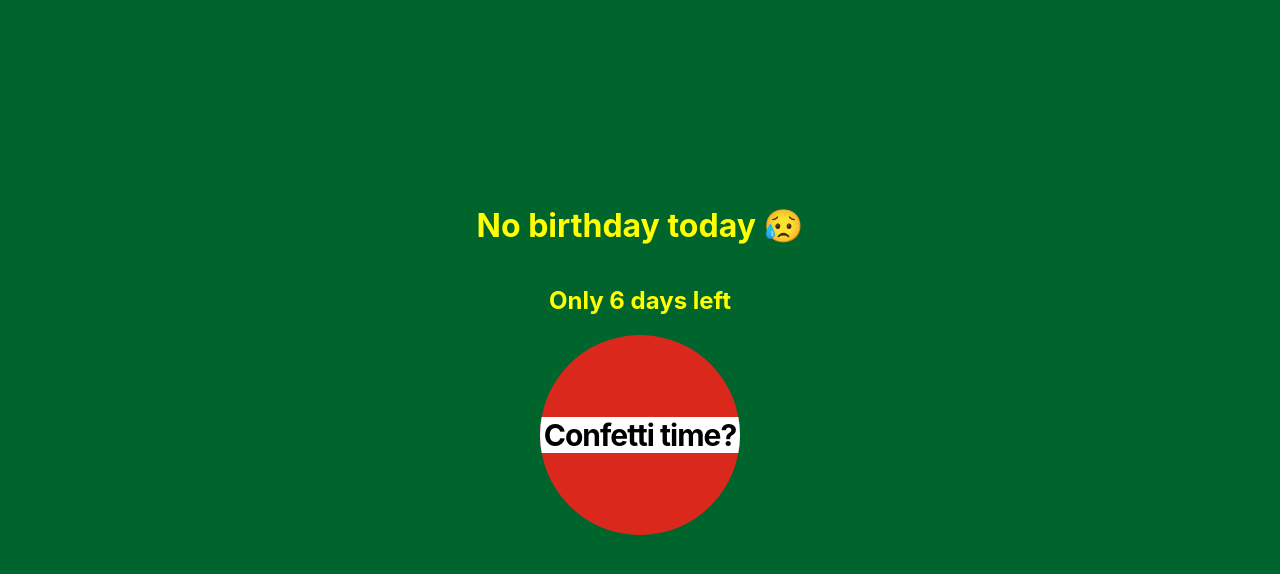
Repository: David-Waite/HannahsBirthdayWebsite
Page: /
An editor plug-in stored every save of this project. The page is shown before and after the next save, followed by the edit.
The browser window is 1280 px wide. The pictures show the whole page.
The project was rebuilt for these pictures with package versions that can differ from the ones it lists, and the page was loaded fresh each time.

Above is the page before, as saved 2023-03-30 18:28:41.

### src/index.css
body {
  margin: 0;
  font-family: -apple-system, BlinkMacSystemFont, "Segoe UI", "Roboto", "Oxygen",
    "Ubuntu", "Cantarell", "Fira Sans", "Droid Sans", "Helvetica Neue",
    sans-serif;
  -webkit-font-smoothing: antialiased;
  -moz-osx-font-smoothing: grayscale;
}

.App {
  width: 100vw;
  height: 100vh;
  display: flex;
  flex-direction: column;
  align-items: center;
  justify-content: center;
  background-color: #00642d;
  color: rgb(255, 255, 0);
}

.buttonCon {
  display: flex;
  align-items: center;
  justify-content: center;
  height: 200px;
  width: 200px;
  overflow: hidden;
  background-color: #da291c;
  border-radius: 50%;
}
.buttonCon p {
  border: none;
  width: 100%;
  background-color: white;
  color: black;
  font-weight: bold;
  font-size: 30px;
  padding: 0;
  letter-spacing: -1px;
}

### src/App.js
import "./App.css";

import Confetti from "react-confetti";

import { useState } from "react";

function App() {
  const [confetti, setConfetti] = useState(null);
  const [buttonText, setButtonText] = useState("Confetti time?");
  function isBirthdayToday() {
    const date = new Date();
    if (date.getMonth() === 3 && date.getDate() === 5) {
      return true;
    }
    return false;
  }

  function rainConfetti() {
    if (isBirthdayToday()) {
      setConfetti(true);
      setButtonText("Confetti time!");
    } else {
      setButtonText("no");
    }
  }

  function getDaysUntilBirthday() {
    const date = new Date();
    const hannahBday = new Date(date.getFullYear(), 3, 5);
    const hannahBdayNextYear = new Date(date.getFullYear() + 1, 3, 5);
    const oneDay = 1000 * 60 * 60 * 24;

    let daysUntilBirthday;
    if (hannahBday < date) {
      daysUntilBirthday =
        Math.ceil(hannahBdayNextYear.getTime() - date.getTime()) / oneDay;
    } else {
      daysUntilBirthday =
        Math.ceil(hannahBday.getTime() - date.getTime()) / oneDay;
    }

    return daysUntilBirthday;
  }

  // 5th april
  let birthdayText;
  if (isBirthdayToday()) {
    birthdayText = <h1>Happy birthday!🥳</h1>;
  } else {
    birthdayText = (
      <>
        <h1>No birthday today 😥</h1>
        <h2>Only {Math.ceil(getDaysUntilBirthday())} days left</h2>
      </>
    );
  }
  console.log(isBirthdayToday());
  const date = new Date();

  return (
    <div className="App">
      {confetti && <Confetti />}

      {birthdayText}
      <div className="buttonCon">
        <p onClick={rainConfetti}>{buttonText}</p>
      </div>
    </div>
  );
}

export default App;

Loaded but not shown: public/index.html (common file); src/index.js (common file); src/reportWebVitals.js (common file); src/App.css (common file)

After the next save:
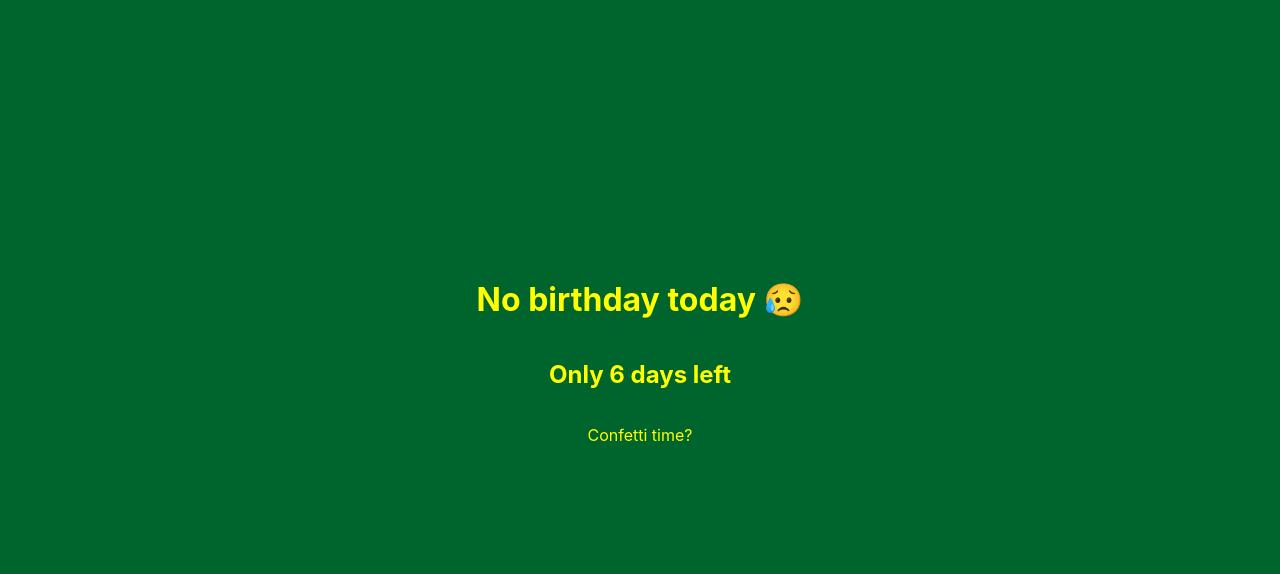
Saved 25 s later.
--- a/src/App.js
+++ b/src/App.js
@@ -62,7 +62,7 @@ function App() {
       {confetti && <Confetti />}
 
       {birthdayText}
-      <div className="buttonCon">
+      <div className="buttonInnerCon">
         <p onClick={rainConfetti}>{buttonText}</p>
       </div>
     </div>

After the save that followed:
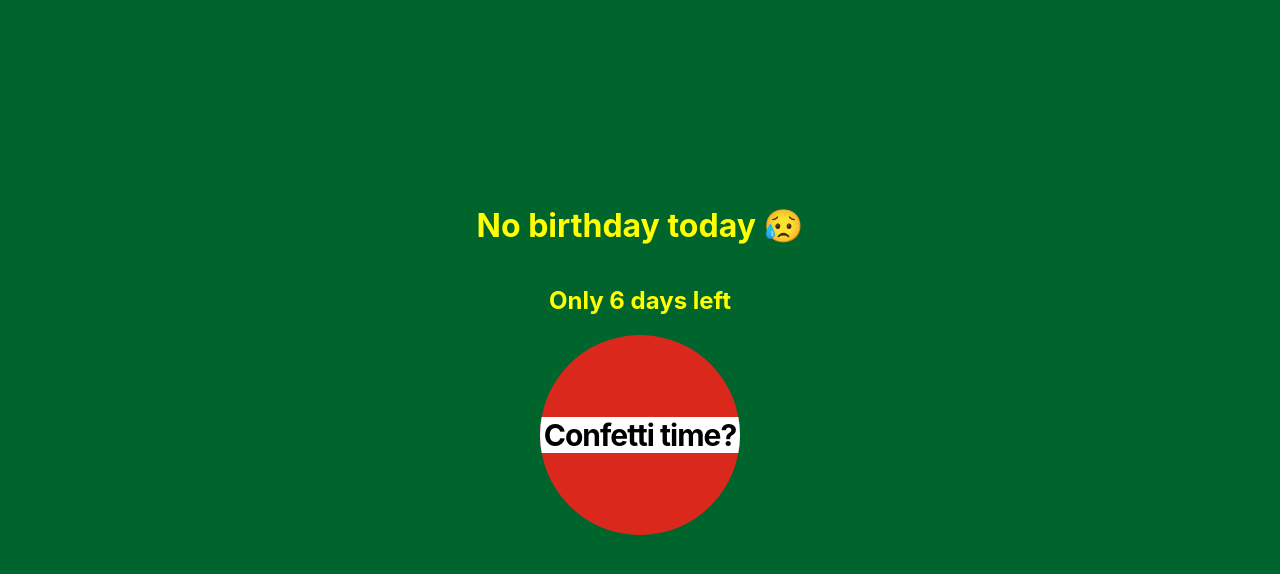
Saved 5 s later.
--- a/src/index.css
+++ b/src/index.css
@@ -18,7 +18,7 @@ body {
   color: rgb(255, 255, 0);
 }
 
-.buttonCon {
+.buttonInnerCon {
   display: flex;
   align-items: center;
   justify-content: center;
@@ -28,7 +28,7 @@ body {
   background-color: #da291c;
   border-radius: 50%;
 }
-.buttonCon p {
+.buttonInnerCon p {
   border: none;
   width: 100%;
   background-color: white;
